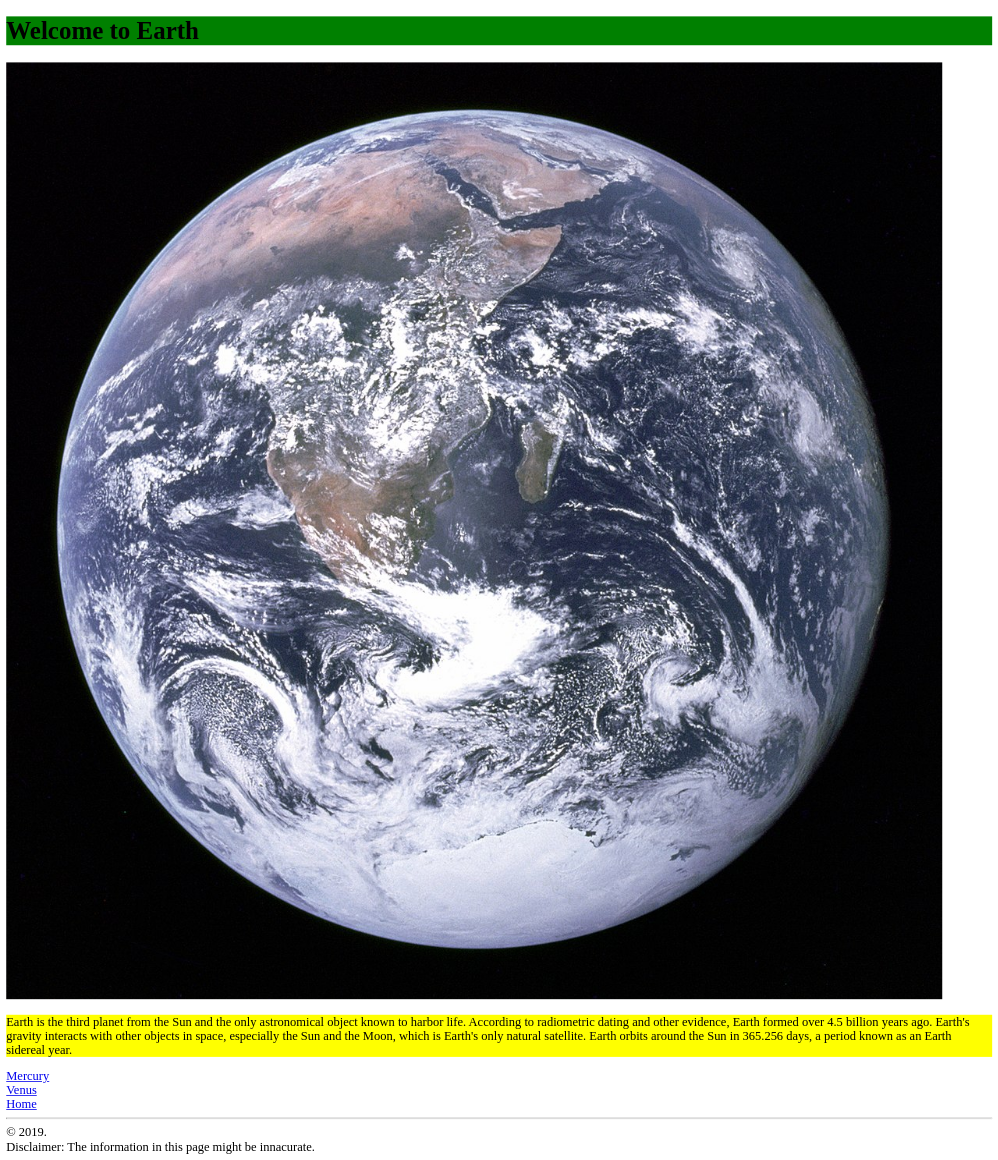
Repository: BenZhang97/BenZhang-CST336-Lab6
Page: http://localhost/earth
The author's editor kept a record of every edit. The page is drawn from the files as they stood at one moment, then again after the next edit.
The browser window is 1280 px wide. The pictures show the whole page, at 78% of full size.
The page is served by the project's Node server (app.js).

Above is the page before.

After the next edit:
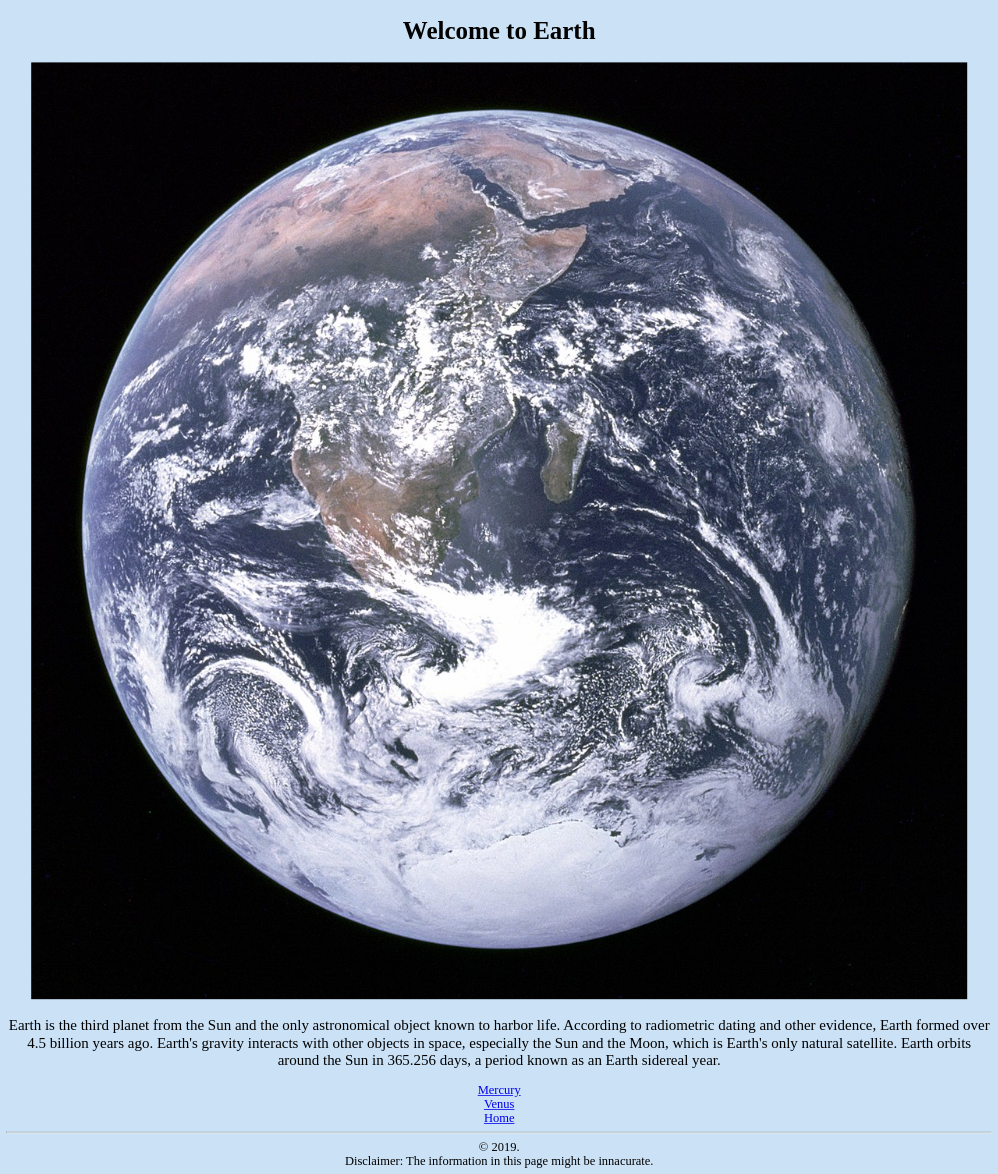
The edit:
--- a/views/partials/header.ejs
+++ b/views/partials/header.ejs
@@ -3,17 +3,25 @@
     <head>
         <title> The Solar System </title>
         <style>
-            h1 {
-                background-color: green;
+            body {
+                background-color: #CBE2F6;
+                text-align: center;
+                font-family: "Times New Roman", Times, serif;
+            }
+            #mer {
+                font-size: larger;
+                font-family: "Times New Roman", Times, serif;
             }
 
-div {
-  background-color: lightblue;
-}
+            #earth {
+                font-size: larger;
+                font-family: "Times New Roman", Times, serif;
+            }
 
-p {
-  background-color: yellow;
-}
-</style>
+            #ven {
+                font-size: larger;
+                font-family: "Times New Roman", Times, serif;
+            }
+        </style>
     </head>
     <body>
